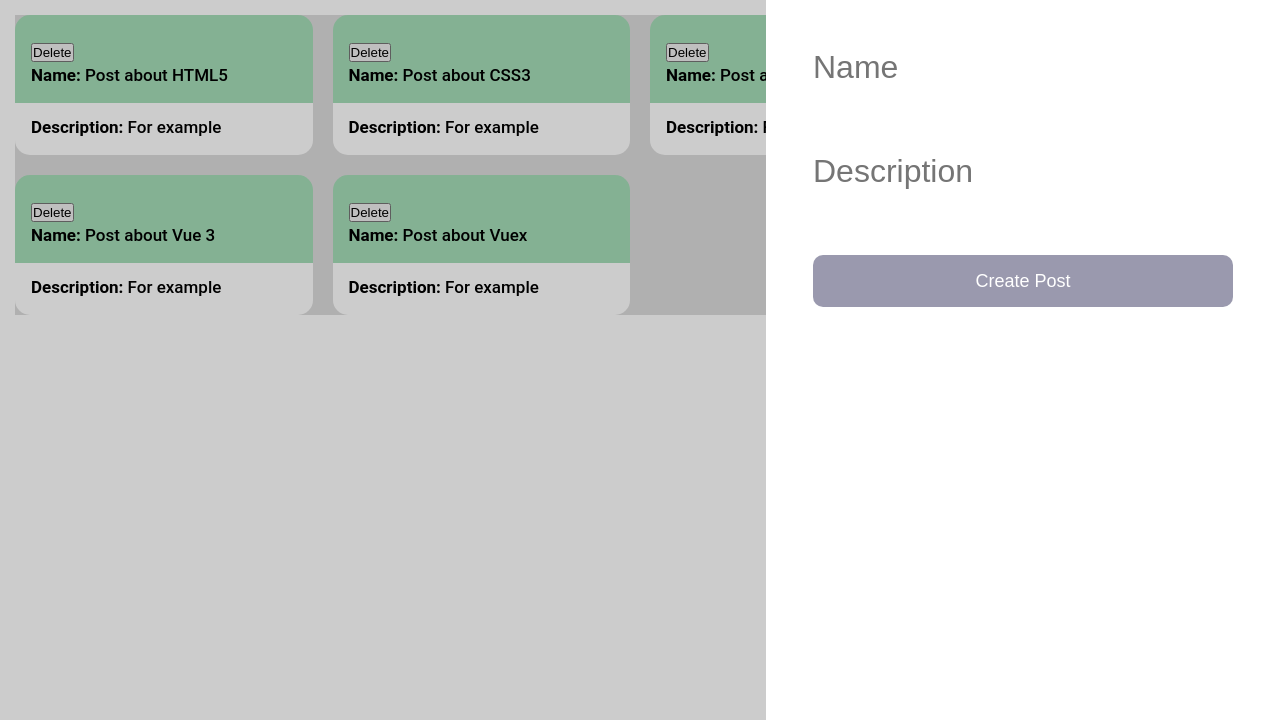
Repository: Axeliriya/vue-todo
Page: /
An editor plug-in stored every save of this project. The page is shown before and after the next save, followed by the edit.
The browser window is 1280 px wide. The pictures show the whole page.
The project was rebuilt for these pictures with package versions that can differ from the ones it lists, and the page was loaded fresh each time. Also part of the build but not shown: vue.config.js.

Above is the page before, as saved 2022-04-01 20:45:39.

### public/index.html
<!DOCTYPE html>
<html lang="">
  <head>
    <meta charset="utf-8">
    <meta name="viewport" content="width=device-width,initial-scale=1.0">
    <link rel="icon" href="<%= BASE_URL %>favicon.ico">
    <title>Todo</title>
  </head>
  <body>
    <div id="app"></div>
  </body>
</html>

### src/App.vue
<template>
  <div class="app">
    <post-list :posts="posts" />
    <post-modal><post-form @create="createPost" /></post-modal>
  </div>
</template>

<script>
import PostList from '@/components/PostList';
import PostModal from '@/components/PostModal';
import PostForm from '@/components/PostForm';

export default {
  components: {
    PostList,
    PostModal,
    PostForm,
  },
  data() {
    return {
      posts: [
        { id: Date.now(), title: 'Post about HTML5', body: 'For example' },
        { id: Date.now() + 1, title: 'Post about CSS3', body: 'For example' },
        { id: Date.now() + 2, title: 'Post about React', body: 'For example' },
        { id: Date.now() + 3, title: 'Post about Redux', body: 'For example' },
        { id: Date.now() + 4, title: 'Post about Vue 3', body: 'For example' },
        { id: Date.now() + 5, title: 'Post about Vuex', body: 'For example' },
      ],
    };
  },
  methods: {
    createPost(post) {
      this.posts.push(post);
    },
  },
};
</script>

<style>
* {
  margin: 0;
  padding: 0;
  box-sizing: border-box;
}

body {
  font-family: 'Roboto', sans-serif;
}

ul {
  list-style-type: none;
}

img {
  display: block;
  width: 100%;
  height: auto;
}

.app {
  padding: 15px;
}
</style>

### src/components/PostList.vue
<template>
  <ul class="posts">
    <post-item v-for="post in posts" :post="post" :key="post.id" />
  </ul>
</template>

<script>
import PostItem from '@/components/PostItem';

export default {
  components: {
    PostItem,
  },
  props: {
    posts: {
      type: Array,
      required: true,
    },
  },
};
</script>

<style scoped>
.posts {
  display: grid;
  grid-template-columns: repeat(4, 1fr);
  gap: 20px;
  background-color: gainsboro;
}
</style>

### src/components/PostModal.vue
<template>
  <div class="overlay">
    <div class="modal">
      <slot></slot>
    </div>
  </div>
</template>

<script>
export default {};
</script>

<style scoped>
.overlay {
  position: fixed;
  top: 0;
  left: 0;
  width: 100%;
  height: 100vh;
  background-color: rgb(0, 0, 0, 0.2);
  display: flex;
  justify-content: end;
}

.modal {
  padding: 15px;
  background-color: #fff;
}
</style>

### src/components/PostForm.vue
<template>
  <form class="form" @submit.prevent>
    <input v-model="post.title" class="input" type="text" placeholder="Name" />
    <input
      v-model="post.body"
      class="input"
      type="text"
      placeholder="Description"
    />
    <div @click="createPost" class="button__wrapper">
      <button class="button" @click="createPost">Create Post</button>
    </div>
  </form>
</template>

<script>
export default {
  data() {
    return {
      post: {
        title: '',
        body: '',
      },
    };
  },
  methods: {
    createPost() {
      this.post.id = Date.now();
      this.$emit('create', this.post);
      this.post = {
        title: '',
        body: '',
      };
    },
  },
};
</script>

<style scoped>
.form {
  display: grid;
  grid-template-columns: 1fr;
}

.input {
  background-color: transparent;
  border: none;
  padding: 32px;
  font-weight: 400;
  font-size: 32px;
  line-height: 40px;
}

.button__wrapper {
  padding: 32px;
}

.button {
  width: 100%;
  border: none;
  background: rgb(3, 2, 53, 0.4);
  border-radius: 10px;
  padding: 16px;
  color: #ffffff;
  font-weight: 500;
  font-size: 18px;
  line-height: 20px;
  cursor: pointer;
}

.button:hover {
  background: rgb(3, 2, 53, 0.5);
}
</style>

### src/components/PostItem.vue
<template>
  <li class="post">
    <div class="post__name">
      <div><button>Delete</button></div>
      <div><strong>Name: </strong>{{ post.title }}</div>
    </div>
    <div class="post__description">
      <strong>Description: </strong>{{ post.body }}
    </div>
  </li>
</template>

<script>
export default {
  props: {
    post: {
      type: Object,
      required: true,
    },
  },
};
</script>

<style scoped>
.post {
  border-radius: 15px;
  font-weight: 500;
  font-size: 17px;
  line-height: 24px;
}

.post__name {
  padding: 24px 16px 16px 16px;
  border-radius: 15px 15px 0 0;
  background-color: #a5ddb8;
}

.post__description {
  padding: 12px 16px 16px 16px;
  border-radius: 0 0 15px 15px;
  background-color: #ffffff;
}
</style>

Loaded but not shown: src/main.js (common file)

After the next save:
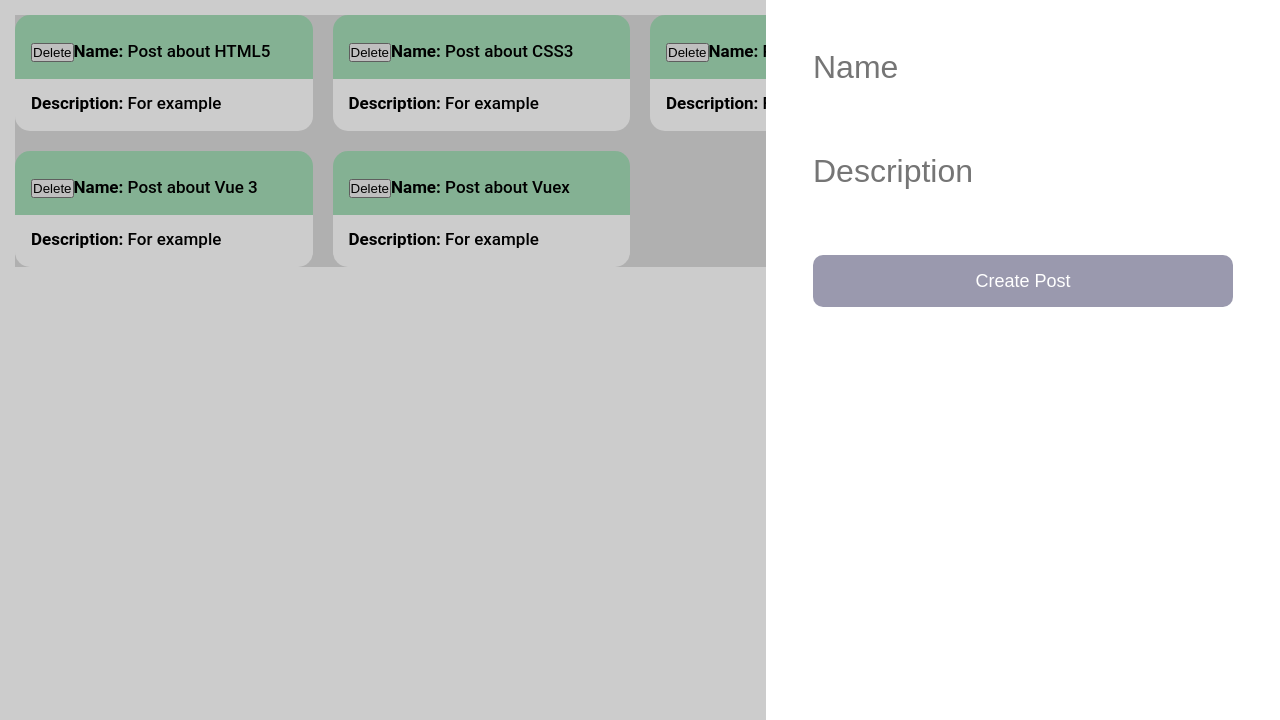
Saved 2 min 49 s later.
--- a/src/components/PostItem.vue
+++ b/src/components/PostItem.vue
@@ -1,7 +1,7 @@
 <template>
   <li class="post">
-    <div class="post__name">
-      <div><button>Delete</button></div>
+    <div class="post__title">
+      <div class="post__button"><button>Delete</button></div>
       <div><strong>Name: </strong>{{ post.title }}</div>
     </div>
     <div class="post__description">
@@ -29,7 +29,9 @@ export default {
   line-height: 24px;
 }
 
-.post__name {
+.post__title {
+  display: flex;
+  flex-direction: row;
   padding: 24px 16px 16px 16px;
   border-radius: 15px 15px 0 0;
   background-color: #a5ddb8;
@@ -40,4 +42,7 @@ export default {
   border-radius: 0 0 15px 15px;
   background-color: #ffffff;
 }
+
+.post__button {
+}
 </style>
